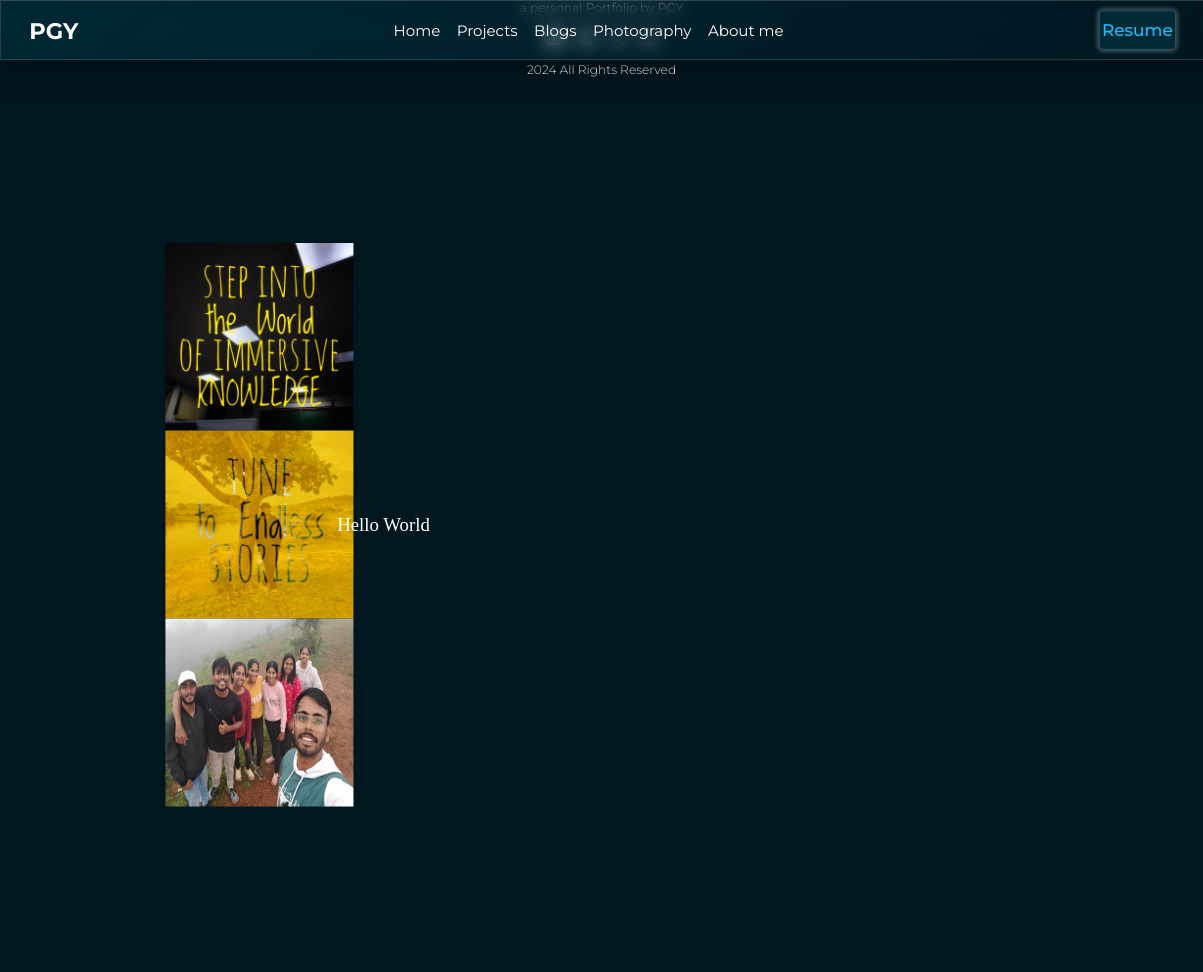
Repository: pgyunknown/pgyunknown
Page: photography.html
The author's editor kept a copy of each file at every save. The page is drawn from the files as they stood at one save, then again after the next save.
The browser window is 1280 px wide. The pictures show the whole page, at 94% of full size.
Some web libraries are served in a nearby version.

Above is the page before, as saved 2024-08-22 10:43:29.

### photography.html
<!DOCTYPE html>
<html lang="en">
<head>
    <meta charset="UTF-8">
    <meta name="viewport" content="width=device-width, initial-scale=1.0">
    <title>Personal portfolio</title>
    <link rel="stylesheet" href="photography.css">
    <link rel="preconnect" href="https://fonts.googleapis.com">
<link rel="preconnect" href="https://fonts.gstatic.com" crossorigin>
<link href="https://fonts.googleapis.com/css2?family=Libre+Baskerville:ital,wght@0,400;0,700;1,400&family=Montserrat:ital,wght@0,100..900;1,100..900&family=Titillium+Web:ital,wght@0,200;0,300;0,400;0,600;0,700;0,900;1,200;1,300;1,400;1,600;1,700&display=swap" rel="stylesheet">
<link rel="stylesheet" href="https://cdnjs.cloudflare.com/ajax/libs/font-awesome/6.6.0/css/all.min.css" integrity="sha512-Kc323vGBEqzTmouAECnVceyQqyqdsSiqLQISBL29aUW4U/M7pSPA/gEUZQqv1cwx4OnYxTxve5UMg5GT6L4JJg==" crossorigin="anonymous" referrerpolicy="no-referrer" />
</head>
<body>

    <header>
        <div class="pgy_con">
                <div class="pgy"><a href="#">PGY</a></div>
        </div>
        <nav>
                <div class="nav_bar">
                <a href="#" id="home">Home</a>
                <a href="#"id="projects">Projects</a>
                <a href="blog.html"id="blogs">Blogs</a>
                <a href="#"id="photo">Photography</a>
                <a href="#"id="About">About me</a>
                </div>
            </nav>
        <div class="resume_con">
                <button onclick="alert('Resume yet to be uploaded')">Resume</button>
        </div>
    </header>
<footer>
        <div class="footer_port">a personal Portfolio by PGY</div>
        <div class="footer_icons">
            <a href="https://www.linkedin.com/in/p-gokul-yadav-82548a295?utm_source=share&utm_campaign=share_via&utm_content=profile&utm_medium=android_app" alt="Gokul's linkedin profile" target="_blank"><i class="fa-brands fa-linkedin"></i></a>
            <a href="https://github.com/pgyunknown" alt="Gokul Github profile" target="_blank" alt="Gokul's Github profile" ><i class="fa-brands fa-github"></i></a>
            <a href=" https://x.com/cody_hunk?t=EkARfGCWhhBT_BHbby4DGw&s=08 " target="_blank" alt="Gokul's X profile" ><i class="fa-brands fa-x" ></i></a>
            <a href="#" target="_blank" alt="Gokul's fa-instagram profile" ><i class="fa-brands fa-instagram" ></i></a>
        </div>
        <div class="copyrights">2024 All Rights Reserved</div>
    </footer>

<main>
  <div class="container">
  <img src="imgs/professional.jpg" alt="Avatar" class="image">
  <div class="overlay1">
    <div class="text1">Hello World</div>
  </div>
  <img src="imgs/personal.jpg" alt="Avatar" class="image">
  <div class="overlay">
    <div class="text2">Hello World</div>
  </div>
  <img src="imgs/WhatsApp Image 2024-08-16 at 18.40.52_35491df1.jpg" alt="Avatar" class="image">
  <div class="overlay">
    <div class="text3">Hello World</div>
  </div>
</div>
</main>

</body>
</html>

### photography.css
*{margin: 0px;
    padding: 0px;
}
body{
    background-color: #00171F;
    color: white;
    box-sizing: border-box;


}
a{
    text-decoration: none;
    color: inherit;
}

header{
    display: flex;
    justify-content: space-between;
    align-items: center;
    padding: 10px;
    /* Glassy effect */
    background: linear-gradient(135deg, rgba(0, 200, 255, 0.1), rgba(255, 255, 255, 0));
    backdrop-filter: blur(10px);
    -webkit-backdrop-filter: blur(10px);
    border:1px solid rgba(255, 255, 255, 0.18);
    box-shadow: 0 8px 32px 0 rgba(0, 0, 0, 0.37);

    overflow: hidden;
    position: fixed; /* Set the navbar to fixed position */
    top: 0; /* Position the navbar at the top of the page */
    width: 100%;
}

.pgy_con
{
    margin-left: 20px;
    font-family: "Montserrat", sans-serif;
    font-optical-sizing: auto;
    font-size: x-large;
    font-weight: 700;
    font-style: normal;
    align-items: end;

}

.pgy_con .pgy a{
    text-decoration: none;
}
.nav_bar {
        /* height: 50px; */
    width: 500px;
    display: flex;
    justify-content: space-evenly;

    transition-property: all;
    transition-timing-function: ease-in-out;
    transition-delay: 1s;


}

.nav_bar a{
    box-sizing: border-box;
    font-family: "Montserrat", sans-serif;
    font-optical-sizing: auto;
    font-weight: 400;
    font-style: normal
    text-decoration: none;
    justify-content: space-around;
    align-items: center;
    padding-top:10px;
    padding-bottom :10px;
    /* padding-right:10px ;
    padding-left:10px ; */
}

.nav_bar a:hover{
    color: #FFC107;
    text-shadow: #FFC107 0px 0px  1px;
    border-bottom: 0.5px solid #FFC107;


}


.resume_con {
    display: flex;
    justify-content: center;
    margin-right: 20px;
    background-color: #00171F;
    margin-right: 40px;
}
.resume_con button{
    background-color:rgba(0, 200, 255, 0.1);
    box-sizing: content-box;
    height: 2.5rem;
    width: 5rem;
    font-family: "Montserrat", sans-serif;
    font-optical-sizing: auto;
    font-size: large;
    font-weight: 500;
    font-style: normal;
    color: #1ABEFF;
    border: 0.0001px solid #3c555f;
    border-radius: 0.3rem;
    box-shadow: 0px 0px 5px 2px #3c555f;

}

.container {
  position: relative;
  width: 50%;
}

.image {
  display: block;
  width: 100%;
  height: auto;
}

.overlay {
  position: absolute;
  top: 0;
  bottom: 0;
  left: 0;
  right: 0;
  height: 100%;
  width: 100%;
  opacity: 0;
  transition: .5s ease;
  background-color: #008CBA;
}

.container:hover .overlay {
  opacity: 1;
}

.text1 {
  color: white;
  font-size: 20px;
  position: absolute;
  top: 50%;
  left: 50%;
  -webkit-transform: translate(-50%, -50%);
  -ms-transform: translate(-50%, -50%);
  transform: translate(-50%, -50%);
  text-align: center;
}



footer{
    display: flex;
    flex-direction:column;
    justify-content: space-evenly;
    align-items: center;
    margin-bottom: 20px;

    font-family: "Montserrat", sans-serif;
    font-optical-sizing: auto;
    font-size: small;
    font-weight: 300;
    font-style: normal;
}

.footer_icons{
    display: flex;
    justify-content: center;
    align-items: center;
    width: 50px;
    height: 50px;
}



.copyrights{
    display: flex;
    justify-content: center;
    align-items: center;
}

.footer_icons a{
font-size: medium;
padding: 10px;
width: 50px;
height: 50px;
display: flex;
justify-content: center;
align-items: center;

}

@media (min-width:720px) {
    main {
        flex-direction: row;
        padding: 1rem;
        margin: 10rem;
    }

    .container img {
        height: 200px;
        width: 200px;
    }

    .text_intro {
        margin-left: 50px;
    }

    .nav_bar {
        width: 450px;
    }
}

After the next save:
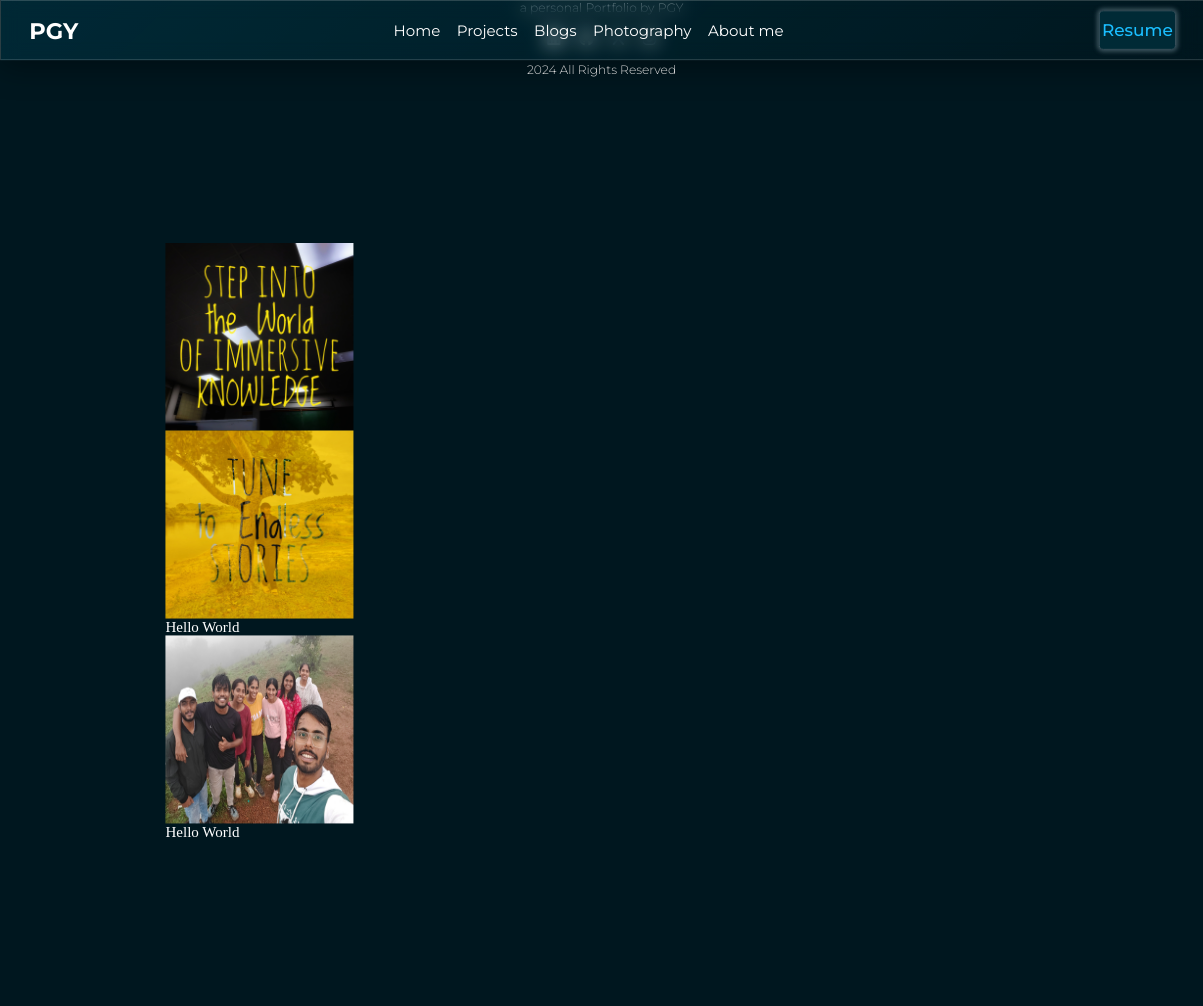
Saved 2 s later.
--- a/photography.css
+++ b/photography.css
@@ -118,7 +118,7 @@ header{
   height: auto;
 }
 
-.overlay {
+.overlay1 {
   position: absolute;
   top: 0;
   bottom: 0;
